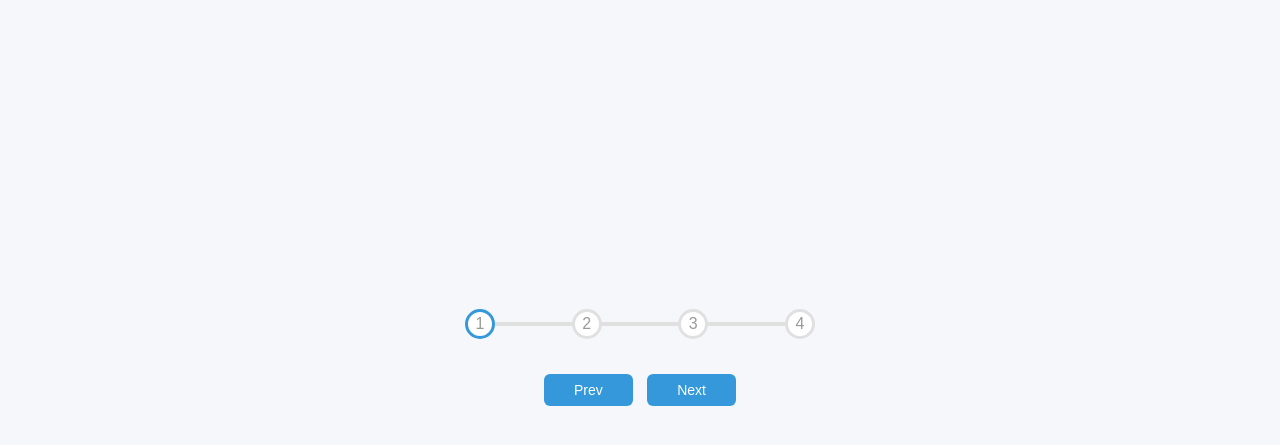
Repository: cyborgEneki/50Projects50Days
Page: progress_steps/index.html
An editor plug-in stored every save of this project. The page is shown before and after a run of saves, followed by the edit.
The browser window is 1280 px wide. The pictures show the whole page.
Some web fonts or font styles are not loaded; a fallback is used.

Above is the page before, as saved 2021-01-02 15:29:22.

### progress_steps/index.html
<!DOCTYPE html>
<html lang="en">
<head>
    <meta charset="UTF-8">
    <meta name="viewport" content="width=device-width, initial-scale=1.0">
    <!-- <link rel="stylesheet" href="https://cdnjs.cloudflare.com/ajax/libs/font-awesome/5.15.1/css/all.min.css"
        integrity="sha512-+4zCK9k+qNFUR5X+cKL9EIR+ZOhtIloNl9GIKS57V1MyNsYpYcUrUeQc9vNfzsWfV28IaLL3i96P9sdNyeRssA=="
        crossorigin="anonymous" /> -->
    <link rel="stylesheet" href="style.css">
    <title>Progress Steps</title>
</head>
<body>
    <div class="container">
        <div class="progress-container">
            <div class="progress" id="progress"></div>
            <div class="circle active">1</div>
            <div class="circle">2</div>
            <div class="circle">3</div>
            <div class="circle">4</div>
        </div>

        <button class="btn" id="prev" disabled>Prev</button>
        <button class="btn" id="next">Next</button>
    </div>
    <script src="script.js"></script>
</body>
</html>

### progress_steps/style.css
@import url('https://fonts.googleapis.com/css?family=Muli&display=swap');

:root {
    --line-border-fill: #3498db;
    --line-border-empty: #e0e0e0;
}

* {
    box-sizing: border-box;
}

body {
    font-family: 'Muli', sans-serif;
    margin: 0;
    display: flex;
    align-items: center;
    justify-content: center;
    height: 100vh;
    overflow: hidden;
    background-color: #f6f7fb;
}

.container {
    text-align: center;
}

.progress-container {
    display: flex;
    justify-content: space-between;
    position: relative;
    margin-bottom: 30px;
    max-width: 100%;
    width: 350px;
}

.progress-container::before {
    content: '';
    background-color: var(--line-border-empty);
    position: absolute;
    top: 50%;
    left: 0;
    transform: translateY(-50%);
    height: 4px;
    width: 100%;
    z-index: -1;
}

.progress {
    background-color:var(--line-border-fill);
    position: absolute;
    top: 50%;
    left: 0;
    height: 4px;
    width: 0%;
    transform: translateY(-50%);
    z-index: -1;
    transition: .4s ease;
}

.circle {
    background-color: #fff;
    color: #999;
    border-radius: 50%;
    height: 30px;
    width: 30px;
    display: flex;
    align-items: center;
    justify-content: center;
    border: 3px solid var(--line-border-empty);
    transition: .4s ease;
}

.circle.active {
    border-color: var(--line-border-fill);
}

.btn {
    background-color: var(--line-border-fill);
    color: #fff;
    border: 0;
    border-radius: 6px;
    cursor: pointer;
    font-family: inherit;
    padding: 8px 30px;
    margin: 5px;
    font-size: 14px;
}

.btn.active {
    transform: scale(0.98);
}

.btn:focus {
    outline: 0;
}

.btn:disabled {

}

Loaded but not shown: progress_steps/script.js (no stored copy; drawn as an empty file)

After the next 3 saves:
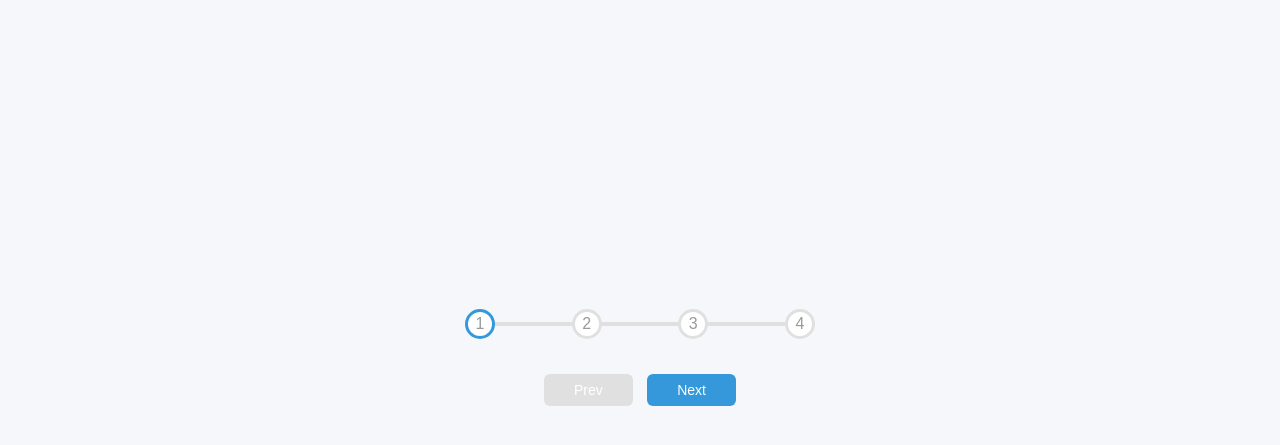
The 3 saves are shown as one change because they came seconds apart.
The last was saved 9 s later.
--- a/progress_steps/style.css
+++ b/progress_steps/style.css
@@ -95,5 +95,5 @@ body {
 }
 
 .btn:disabled {
-
+    background-color: var(--line-border-empty);
 }
